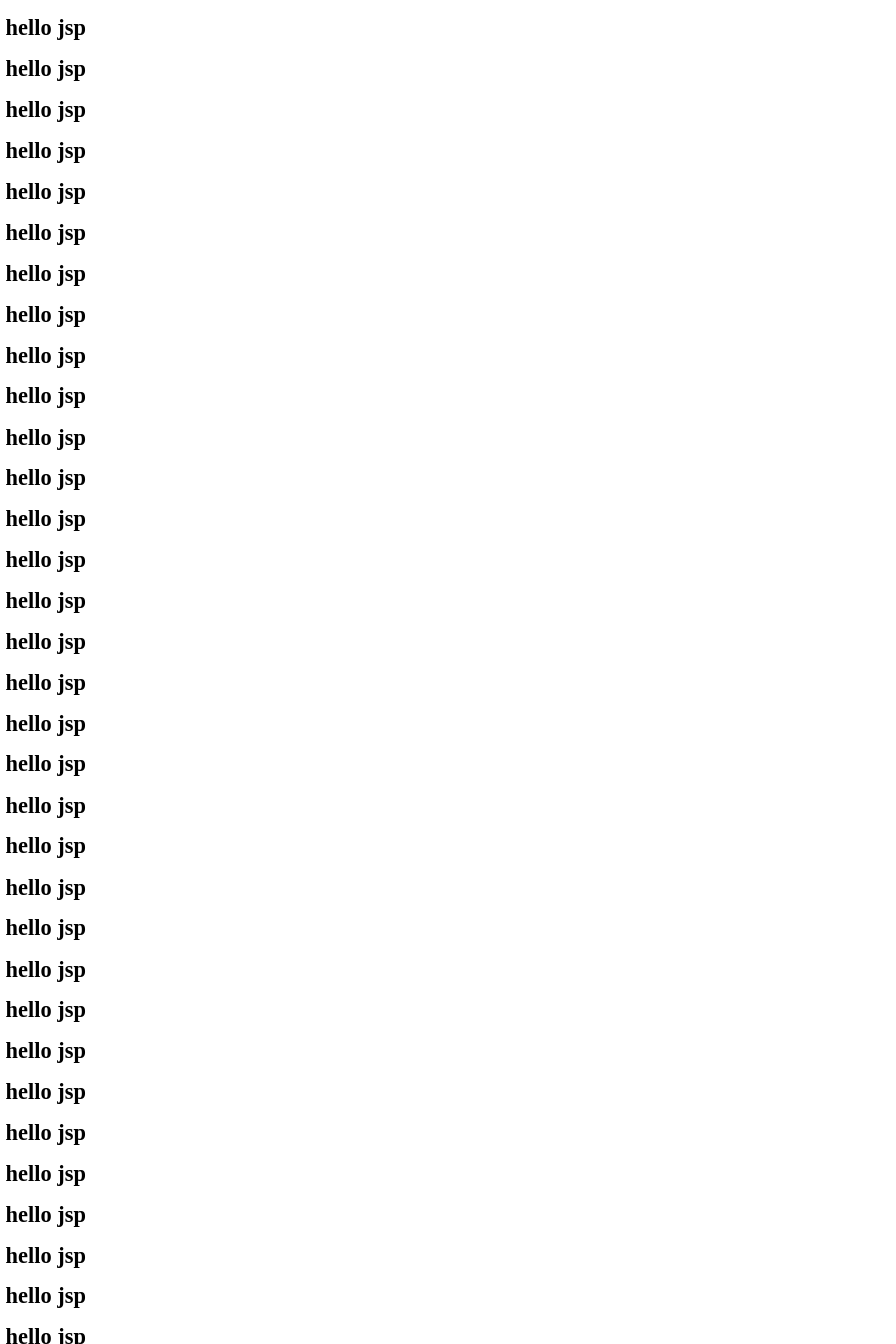
Repository: jjang051globalit/jsp-lecture
Page: http://localhost/jsp01/hello.jsp
These files come from the project's save history. The page is drawn as it stood at one moment and after the next save; the edit follows.
The browser window is 1280 px wide. The pictures show the part of the page from y = 0 to 1920 px (the page is 6008 px tall before and 1888 px after), at 70% of full size.
The page is served by Tomcat 9.

Above is the page before, as saved 2023-06-02 01:08:11.

After the next save:
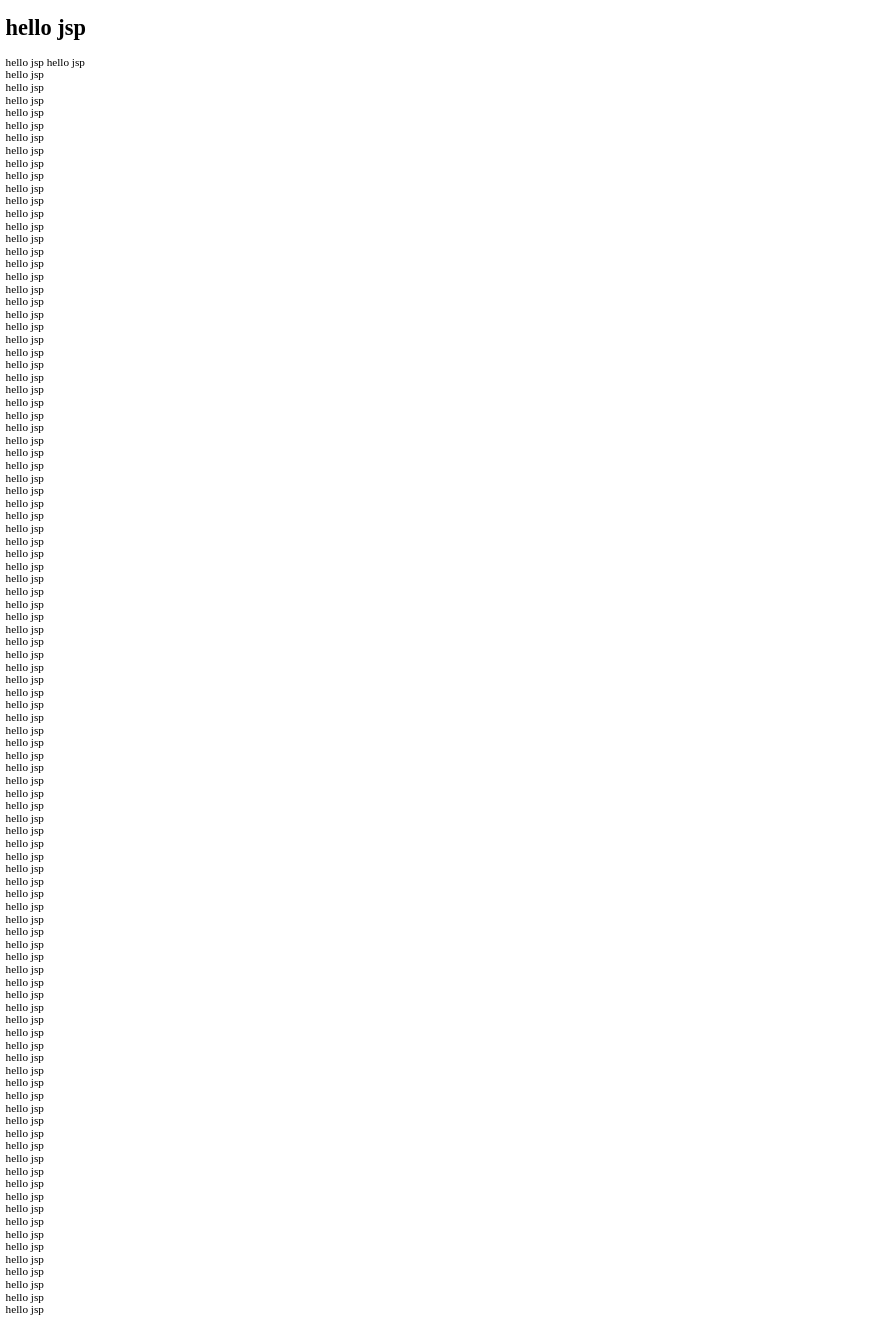
Saved 64 s later.
--- a/jsp01/src/main/webapp/hello.jsp
+++ b/jsp01/src/main/webapp/hello.jsp
@@ -8,111 +8,11 @@
 </head>
 <body>
 	<h1>hello jsp</h1>
-	<h1>hello jsp</h1>
-	<h1>hello jsp</h1>
-	<h1>hello jsp</h1>
-	<h1>hello jsp</h1>
-	<h1>hello jsp</h1>
-	<h1>hello jsp</h1>
-	<h1>hello jsp</h1>
-	<h1>hello jsp</h1>
-	<h1>hello jsp</h1>
-	<h1>hello jsp</h1>
-	<h1>hello jsp</h1>
-	<h1>hello jsp</h1>
-	<h1>hello jsp</h1>
-	<h1>hello jsp</h1>
-	<h1>hello jsp</h1>
-	<h1>hello jsp</h1>
-	<h1>hello jsp</h1>
-	<h1>hello jsp</h1>
-	<h1>hello jsp</h1>
-	<h1>hello jsp</h1>
-	<h1>hello jsp</h1>
-	<h1>hello jsp</h1>
-	<h1>hello jsp</h1>
-	<h1>hello jsp</h1>
-	<h1>hello jsp</h1>
-	<h1>hello jsp</h1>
-	<h1>hello jsp</h1>
-	<h1>hello jsp</h1>
-	<h1>hello jsp</h1>
-	<h1>hello jsp</h1>
-	<h1>hello jsp</h1>
-	<h1>hello jsp</h1>
-	<h1>hello jsp</h1>
-	<h1>hello jsp</h1>
-	<h1>hello jsp</h1>
-	<h1>hello jsp</h1>
-	<h1>hello jsp</h1>
-	<h1>hello jsp</h1>
-	<h1>hello jsp</h1>
-	<h1>hello jsp</h1>
-	<h1>hello jsp</h1>
-	<h1>hello jsp</h1>
-	<h1>hello jsp</h1>
-	<h1>hello jsp</h1>
-	<h1>hello jsp</h1>
-	<h1>hello jsp</h1>
-	<h1>hello jsp</h1>
-	<h1>hello jsp</h1>
-	<h1>hello jsp</h1>
-	<h1>hello jsp</h1>
-	<h1>hello jsp</h1>
-	<h1>hello jsp</h1>
-	<h1>hello jsp</h1>
-	<h1>hello jsp</h1>
-	<h1>hello jsp</h1>
-	<h1>hello jsp</h1>
-	<h1>hello jsp</h1>
-	<h1>hello jsp</h1>
-	<h1>hello jsp</h1>
-	<h1>hello jsp</h1>
-	<h1>hello jsp</h1>
-	<h1>hello jsp</h1>
-	<h1>hello jsp</h1>
-	<h1>hello jsp</h1>
-	<h1>hello jsp</h1>
-	<h1>hello jsp</h1>
-	<h1>hello jsp</h1>
-	<h1>hello jsp</h1>
-	<h1>hello jsp</h1>
-	<h1>hello jsp</h1>
-	<h1>hello jsp</h1>
-	<h1>hello jsp</h1>
-	<h1>hello jsp</h1>
-	<h1>hello jsp</h1>
-	<h1>hello jsp</h1>
-	<h1>hello jsp</h1>
-	<h1>hello jsp</h1>
-	<h1>hello jsp</h1>
-	<h1>hello jsp</h1>
-	<h1>hello jsp</h1>
-	<h1>hello jsp</h1>
-	<h1>hello jsp</h1>
-	<h1>hello jsp</h1>
-	<h1>hello jsp</h1>
-	<h1>hello jsp</h1>
-	<h1>hello jsp</h1>
-	<h1>hello jsp</h1>
-	<h1>hello jsp</h1>
-	<h1>hello jsp</h1>
-	<h1>hello jsp</h1>
-	<h1>hello jsp</h1>
-	<h1>hello jsp</h1>
-	<h1>hello jsp</h1>
-	<h1>hello jsp</h1>
-	<h1>hello jsp</h1>
-	<h1>hello jsp</h1>
-	<h1>hello jsp</h1>
-	<h1>hello jsp</h1>
-	<h1>hello jsp</h1>
-	<h1>hello jsp</h1>
-	<h1>hello jsp</h1>
-
 	<%
 		out.println("hello jsp");
-
+		for(int i=0;i<100;i++) {
+			out.println("hello jsp <br>");
+		}
 	%>
 </body>
 </html>
